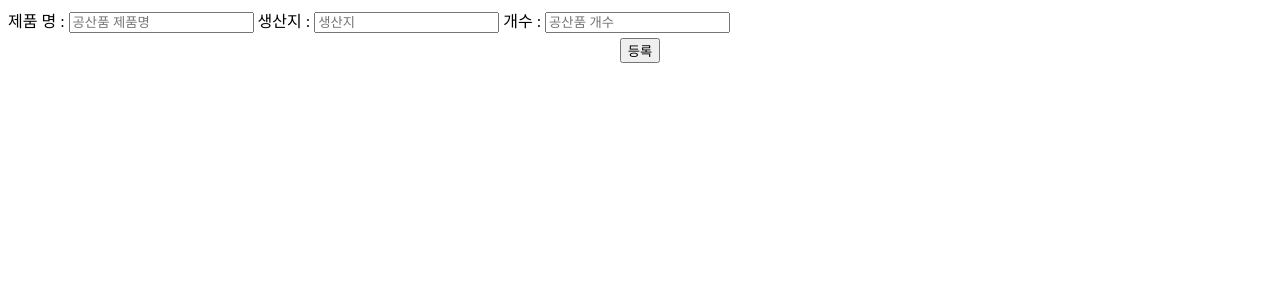
Repository: charmingjae/swproject
Page: http://localhost/board_project/product.jsp
These files come from the project's save history. The page is drawn as it stood at one moment and after the next save; the edit follows.
The browser window is 1280 px wide. The pictures show the whole page.
The page is served by Tomcat 9.

Above is the page before, as saved 2019-09-16 15:24:19.

After the next save:
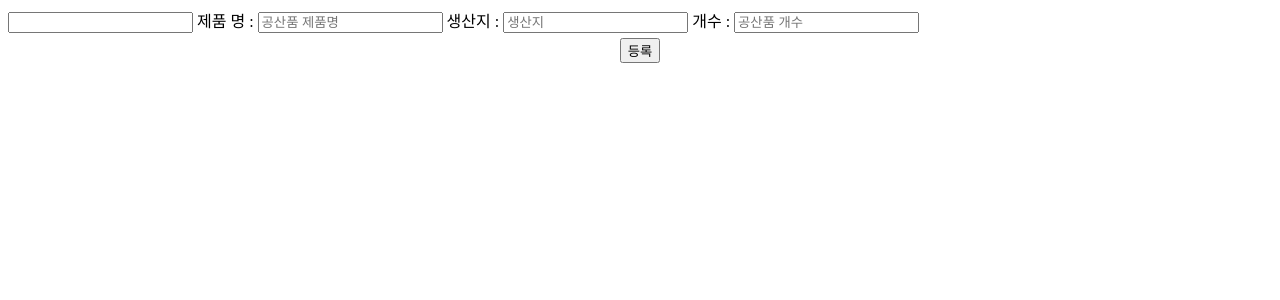
Saved 19 s later.
--- a/board_project/board_project/WebContent/product.jsp
+++ b/board_project/board_project/WebContent/product.jsp
@@ -38,9 +38,10 @@
  	<body>
  		<table>
 			 <form name=writeform method=post action="write_ok.jsp" style="margin: 0 auto; width : 250px;">
+			 			<input align="center"/>
 			 			제품 명 : <input name="proname" placeholder="공산품 제품명"/>
 			 			생산지 : 	<input name="proloc" placeholder="생산지" />
-						개수 : 	<input name="pronumber" placeholder="공산품 개수" align="center" />
+						개수 : 	<input name="pronumber" placeholder="공산품 개수"/>
 			 </form>
 		</table>
 

After the save that followed:
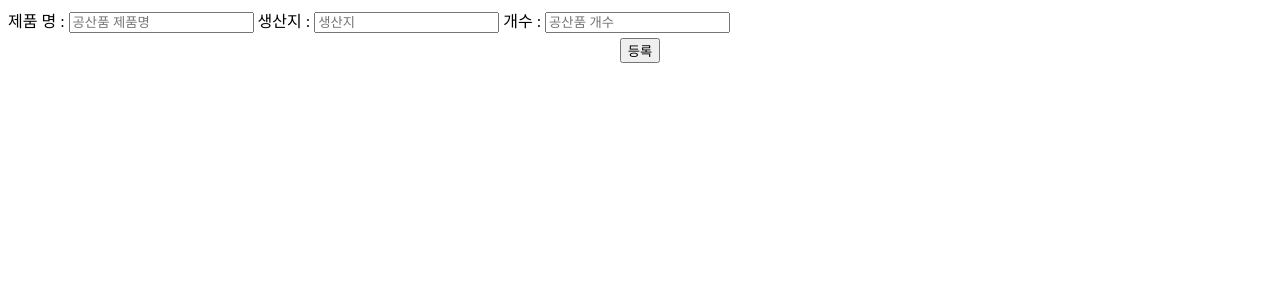
Saved 34 s later.
--- a/board_project/board_project/WebContent/product.jsp
+++ b/board_project/board_project/WebContent/product.jsp
@@ -38,7 +38,6 @@
  	<body>
  		<table>
 			 <form name=writeform method=post action="write_ok.jsp" style="margin: 0 auto; width : 250px;">
-			 			<input align="center"/>
 			 			제품 명 : <input name="proname" placeholder="공산품 제품명"/>
 			 			생산지 : 	<input name="proloc" placeholder="생산지" />
 						개수 : 	<input name="pronumber" placeholder="공산품 개수"/>
